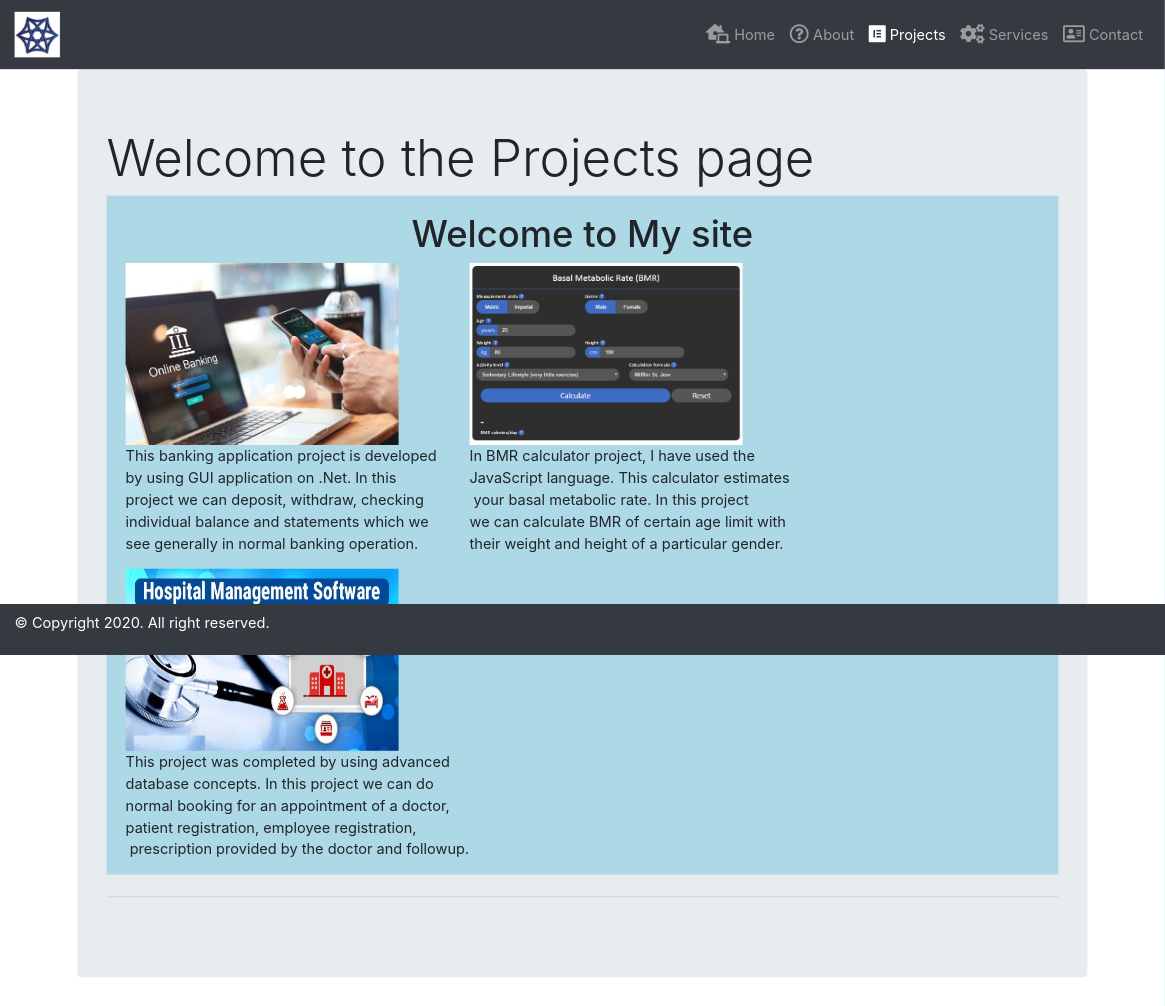
Repository: laxmangothe2020/COMP229Assignment
Page: http://localhost/projects
An editor plug-in stored every save of this project. The page is shown before and after the next save, followed by the edit.
The browser window is 1280 px wide. The pictures show the whole page, at 91% of full size.
The page is served by the project's Node server (server.js). Other server files are loaded and not shown.

Above is the page before, as saved 2021-02-11 23:56:55.

### views/index.ejs

<%- include partials/header.ejs %>

   <%- include partials/main_nav.ejs %>

      <!-- Main Contain -->
   <main class="container">
    <div class="jumbotron">
    <h1 class="display-4"> Welcome to the <%= title %> page </h1>
    <!--Using Switch case all infornation passed through here-->
      <% switch (title) {
        case 'Home' : %>
        <%- include partials/home.ejs %>
                <% break;

        case 'About' : %>
        <%- include partials/about.ejs %>
                <% break;

        case 'Projects' : %>
        <%- include partials/projects.ejs %>
                <% break;

        case 'Services' : %>
        <%- include partials/services.ejs %>
                <% break;

        case 'Contact' : %>
        <%- include partials/contact.ejs %>
              <% break;
       } %>
      <hr class="my-4">
    </div>
  </main>

   <%- include partials/bottom_nav.ejs %>


    <%- include partials/footer.ejs %>

### views/partials/header.ejs

<!DOCTYPE html>
<html lang="en">
  <head>
   <meta charset="UTF-8">
   <meta name="viewport" content="with=device-width, initial-scale=1.0">
    <title><%= title %></title>

  <!-- CSS Section-->
  <link rel="stylesheet" href="/bootstrap/dist/css/bootstrap.min.css">
  <link rel="stylesheet" href="/@fortawesome/fontawesome-free/css/all.min.css">
  <link rel='stylesheet' href='/Content/app.css'/>

</head>
<body>

### views/partials/main_nav.ejs
<!-- Main Navigation -->
   <nav class="navbar navbar-expand-lg navbar-dark bg-dark">
      <a class="navbar-brand" href="/"><img src="./Assets/images/hexagon.jpg" alt="Hexagon picture" width="50" height="50"></a>
      <button class="navbar-toggler" type="button" data-toggle="collapse" data-target="#navbarSupportedContent" aria-controls="navbarSupportedContent" aria-expanded="false" aria-label="Toggle navigation">
       <span class="navbar-toggler-icon"></span>
     </button>

     <div class="collapse navbar-collapse" id="navbarSupportedContent">
        <ul class="navbar-nav ml-auto">

          <% if (title == "Home") { %>
        <li class="nav-item active">
        <% } else { %>
        <li class="nav-item">
        <% } %>
          <a class="nav-link" href="/home"><i class="fas fa-lg fa-laptop-house"></i> Home </a>
        </li>

        <% if (title == "About") { %>
          <li class="nav-item active">
          <% } else { %>
          <li class="nav-item">
          <% } %>
        <a class="nav-link" href="/about"><i class="far fa-lg fa-question-circle"></i> About </a>
        </li>

        <% if (title == "Projects") { %>
          <li class="nav-item active">
          <% } else { %>
          <li class="nav-item">
          <% } %>
        <a class="nav-link" href="/projects"><i class="fab fa-lg fa-elementor"></i> Projects </a>
        </li>

        <% if (title == "Services") { %>
          <li class="nav-item active">
          <% } else { %>
          <li class="nav-item">
          <% } %>
        <a class="nav-link" href="/services"><i class="fas fa-lg fa-cogs"></i> Services </a>
        </li>

        <% if (title == "Contact") { %>
          <li class="nav-item active">
          <% } else { %>
          <li class="nav-item">
          <% } %>
        <a class="nav-link" href="/contact"><i class="far fa-lg fa-address-card"></i> Contact </a>

        </li>

      </div>
    </nav>

### views/partials/home.ejs
<body>
   <div style="background-color: lightblue;margin-bottom: 10px">
                    <h3 style="padding-left: 40px;padding-top:10px;color: #AA7439"><h1 style="text-align:center;">Welcome to My site</h1>
                    <div style="width: 100%;height:100%;background-color:lightblue;">
                        <img src="./Assets/images/homeimg.png" alt="3D Picture" width="450" style="float: right;margin-left: 20px;margin-right:20px;">
                       <p style="padding-left:15px; padding-right: 10px; color:#696969;margin:20px;text-align: justify;line-height:1.7;padding-bottom: 20px;">
                           Your new MyWebsite Now is here! Let's build and publish your website together. We developed this series of help articles to introduce you to the basic functions of web design with your MyWebsite Now.Our industry software experts have years of experience building business automation web solutions for a number of verticals. We use custom APIs and our mastery of web services to build web-based automation services for applications like inventory control, digital marketing and customer relationship management.
                           <br> <br><b> MISSION STATEMENT </b><br><br>
                            My mission is to have a successful careers in software engineering and graduate education with a thorough understanding of software engineering and experiential learning opportunities to apply that knowledge to solve real-world problems.
                             </p>
                    </div>
                    </div>
        <p>
         <h5 style="text-align:center;"><a href="/about"> About Page</a></h5>
        </p>
         <div >
                <div class="social" style="float:left;clear:none;float: right;">

                   <img src="./Assets/images/fbcolor.png">

                   <img src="./Assets/images/InstaColor.png">

                    <img src="./Assets/images/twitterColor.png">
                    <img src="./Assets/images/gPlusColor.png">
               </div>
            </div>

</body>

### views/partials/about.ejs

         <div id="contentEditable">


                    <div style="background-color: lightblue;">
                        <h3 style="padding-left: 40px;padding-top:20px;color: #AA7439"><h3 style="text-align:center;"> About Me </h3>
                        <div style="width: 100%;height:100%;background-color:lightblue;">
                            <img src="./Assets/images/laxman.jpeg" alt="Security for Life" width="300" style="float: right;margin-left: 30px;margin-right:30px">
                           <p style="padding-left:15px; padding-right: 10px; color:#696969;margin:20px;text-align: justify;line-height:1.7;padding-bottom: 20px;">
                             Hello, my name is Laxman Gothe. Currently, I am a student of Software Engineering Technology in the 3rd semester. I am from Nepal. I believe that learning never ends. I love hiking, rafting, and traveling to new places in my free time.
                             <br>
                             <br>
                             Regarding to my education, I had completed a bachlor's degree in Electronics and Communication Engineering fro Tribhuvan University, Nepal.
                             <br>
                             <br>
                             I had enrolled in Software Engineering Technology at Centennial College to a software developer and currently I am enrolled in 3rd semester. Software technology is my first subject that I am taking in Canada and I am enjoying it as it is my part of interest too.
                             <br>
                             <br>
                             Thank You
                             <br>
                             <br>
                             With Regards
                             <br>
                             <br>
                             Laxman Gothe
                             <br>
                             <br>
                             301102988

                           </p>
                       </div>


                    </div>
        </div>
<p>
<h5 style="text-align:center;"><a href="/public/PDF/resume.pdf"> Resume </a></h5>
</p>

### views/partials/projects.ejs
<body>
    <div id="holdingContainer">
 <div style="background-color: lightblue;margin-bottom: 15px">
     <h3 style="padding-left: 40px;padding-top:10px;color: #AA7439">
        <h1 style="text-align:center;">Welcome to My site</h1>
        <div style="width: 100%;height:100%;background-color:lightblue;"></div>
          <div id="contentEditable">
            <div class = "row">
             <div class="column">
               &nbsp;&nbsp;&nbsp;&nbsp;&nbsp;&nbsp;&nbsp;&nbsp;<img src="./Assets/images/banking.jpg" width="300" height="200">
              <p>&nbsp;&nbsp;&nbsp;&nbsp;&nbsp;&nbsp;&nbsp;&nbsp;This banking application project is developed<br>
                &nbsp;&nbsp;&nbsp;&nbsp;&nbsp;&nbsp;&nbsp;&nbsp;by using GUI application on .Net. In this  <br>
                &nbsp;&nbsp;&nbsp;&nbsp;&nbsp;&nbsp;&nbsp;&nbsp;project we can deposit, withdraw, checking<br>
                &nbsp;&nbsp;&nbsp;&nbsp;&nbsp;&nbsp;&nbsp;&nbsp;individual balance and statements which we <br>
                &nbsp;&nbsp;&nbsp;&nbsp;&nbsp;&nbsp;&nbsp;&nbsp;see generally in normal banking operation.</p>
            </div>


           <div class="column">
            &nbsp;&nbsp;&nbsp;&nbsp;&nbsp;&nbsp;&nbsp;&nbsp;<img src="./Assets/images/bmr.png" width="300" height="200" >
              <p> &nbsp;&nbsp;&nbsp;&nbsp;&nbsp;&nbsp;&nbsp;&nbsp;In BMR calculator project, I have used the<br>
                &nbsp;&nbsp;&nbsp;&nbsp;&nbsp;&nbsp;&nbsp;&nbsp;JavaScript language. This calculator estimates <br>
                &nbsp;&nbsp;&nbsp;&nbsp;&nbsp;&nbsp;&nbsp;&nbsp; your basal metabolic rate. In this project <br>
                &nbsp;&nbsp;&nbsp;&nbsp;&nbsp;&nbsp;&nbsp;&nbsp;we can calculate BMR of certain age limit with <br>
                &nbsp;&nbsp;&nbsp;&nbsp;&nbsp;&nbsp;&nbsp;&nbsp;their weight and height of a particular gender.</p>
           </div>



           <div class="column">
            &nbsp;&nbsp;&nbsp;&nbsp;&nbsp;&nbsp;&nbsp;&nbsp;<img src="./Assets/images/hospital.jpg" width="300" height="200" >
               <p> &nbsp;&nbsp;&nbsp;&nbsp;&nbsp;&nbsp;&nbsp;&nbsp;This project was completed by using advanced<br>
                   &nbsp;&nbsp;&nbsp;&nbsp;&nbsp;&nbsp;&nbsp;&nbsp;database concepts. In this project we can do <br>
                   &nbsp;&nbsp;&nbsp;&nbsp;&nbsp;&nbsp;&nbsp;&nbsp;normal booking for an appointment of a doctor,<br>
                   &nbsp;&nbsp;&nbsp;&nbsp;&nbsp;&nbsp;&nbsp;&nbsp;patient registration, employee registration,<br>
                   &nbsp;&nbsp;&nbsp;&nbsp;&nbsp;&nbsp;&nbsp;&nbsp; prescription provided by the doctor and followup.</p>
           </div>
        </div>

      </div>
  </div>
</div>
 </body>

### views/partials/services.ejs


<div class="row">
    <div class="column">
        <img src="./Assets/images/mobile.jpg" width="350" height="250" >
    </div>
    <div class="column">
        <img src="./Assets/images/game.jpg" width="350" height="250" >
    </div>
    <div class="column">
        <img src="./Assets/images/quality.jpg" width="350" height="250" >
    </div>
    <br><p><b>Services we provides are:</b></p><br>
    <br><ul style="list-style-image:url(images/bullet.png);">
    <li>Mobile Development  📱</li>
    <li>Game Development  🎮</li>
    <li>Quality Assurance  🎖️</li>
    <li>Website Design  🌐</li>
    <li>Technical Support  ♻️</li>
    </ul>
</div>

### views/partials/contact.ejs
<body>
 <div style="background-color: lightblue;margin-bottom: 10px">
  <h3 style="padding-left: 40px;padding-top:10px;color: #AA7439"><h1 style="text-align:center;">Welcome to My site</h1>
   <div style="width: 100%;height:100%;background-color:lightblue;">
      <div class="container">
       <h5 class="display-5">Please Fillup the following details</h5>
         <div id="errorMessage" class="alert alert-danger" role="alert" hidden>
       </div>

     <form id="conactForm">
      <div class="form-group">
        <label for="firstName">First Name</label>
        <input type="text" class="form-control" id="firstName" name="firstName" aria-describedby="firstName"
        placeholder="Enter First Name" required autofocus>
      </div>

      <div class="form-group">
        <label for="lastName">Last Name</label>
        <input type="text" class="form-control" id="lastName" name="lastName" aria-describedby="lastName"
        placeholder="Enter Last Name" required>
      </div>

      <div class="form-group">
        <label for="contactNumber">Contact Number</label>
        <input type="tel" class="form-control" id="contactNumber" name="contactNumber" aria-describedby="contactNumber"
        placeholder="Enter Contact Number" required>
      </div>

      <div class="form-group">
        <label for="emailAddress">Email address</label>
        <input type="email" class="form-control" id="emailAddress" name="emailAddress" aria-describedby="emailAddress"
        placeholder="Enter Email" required>
      </div>

      <div class="form-group">
        <label for="shortMessage">Your Message</label>
        <textarea class="form-control" id="shortMessage"  name="shortMessage" rows="3" aria-describedby="shortMessage" placeholder="--If you have Short message, please write here--" required></textarea></textarea>
      </div>

      <button type="button" class="btn btn-outline-success">Submit</button></a>
      <!--<button id="submitButton" type="submit" class="btn btn-primary btn-lg"><i class="fas fa-share-square"></i> Send</button> -->
      <button type="button" class="btn btn-outline-danger">Cancel</button>
     </form>
     </div>
    </div>
   </div>
   </body>

### views/partials/bottom_nav.ejs
<!-- Bottom Nav -->

    <footer>

       <nav class="navbar fixed-bottom navbar-dark bg-dark">
           <p style="color:white;">&copy; Copyright 2020. All right reserved.</p>
       </nav>

    </footer>

### views/partials/footer.ejs
<!-- Script Section-->
    <script src="/jquery/dist/jquery.min.js"></script>
    <script src="/bootstrap/dist/js/bootstrap.min.js"></script>
    <script src="/Scripts/app.js"></script>
 </body>
</html>

### server.js
#!/usr/bin/env node

/**
 * Module dependencies.
 */

let app = require('./app');
let debug = require('debug')('week4:server');
let http = require('http');

/**
 * Get port from environment and store in Express.
 */

let port = normalizePort(process.env.PORT || '3000');
app.set('port', port);

/**
 * Create HTTP server.
 */

let server = http.createServer(app);

/**
 * Listen on provided port, on all network interfaces.
 */

server.listen(port);
server.on('error', onError);
server.on('listening', onListening);

/**
 * Normalize a port into a number, string, or false.
 */

function normalizePort(val) {
  let port = parseInt(val, 10);

  if (isNaN(port)) {
    // named pipe
    return val;
  }

  if (port >= 0) {
    // port number
    return port;
  }

  return false;
}

/**
 * Event listener for HTTP server "error" event.
 */

function onError(error) {
  if (error.syscall !== 'listen') {
    throw error;
  }

  let bind = typeof port === 'string'
    ? 'Pipe ' + port
    : 'Port ' + port;

  // handle specific listen errors with friendly messages
  switch (error.code) {
    case 'EACCES':
      console.error(bind + ' requires elevated privileges');
      process.exit(1);
      break;
    case 'EADDRINUSE':
      console.error(bind + ' is already in use');
      process.exit(1);
      break;
    default:
      throw error;
  }
}

/**
 * Event listener for HTTP server "listening" event.
 */

function onListening() {
  let addr = server.address();
  let bind = typeof addr === 'string'
    ? 'pipe ' + addr
    : 'port ' + addr.port;
  debug('Listening on ' + bind);
}

### routes/index.js
var express = require('express');
var router = express.Router();

/* GET home page. */
router.get('/', function(req, res, next) {
  res.render('index', { title: 'Home'});
});

/* GET home page. */
router.get('/home', function(req, res, next) {
  res.render('index', { title: 'Home'});
});

/* GET About page. */
router.get('/about', function(req, res, next) {
  res.render('index', { title: 'About'});
});

/* GET Products page. */
router.get('/projects', function(req, res, next) {
  res.render('index', { title: 'Projects'});
});

/* GET Services page. */
router.get('/services', function(req, res, next) {
  res.render('index', { title: 'Services'});
});


/* GET Contact us page. */
router.get('/contact', function(req, res, next) {
  res.render('index', { title: 'Contact'});
});

module.exports = router;

### app.js
//installed third party packages
let createError = require('http-errors');
let express = require('express');
let path = require('path');
let cookieParser = require('cookie-parser');
let logger = require('morgan');

let indexRouter = require('./routes/index');
let usersRouter = require('./routes/users');

let app = express();

// view engine setup
app.set('views', path.join(__dirname, 'views'));
app.set('view engine', 'ejs');

app.use(logger('dev'));
app.use(express.json());
app.use(express.urlencoded({ extended: false }));
app.use(cookieParser());
app.use(express.static(path.join(__dirname, 'public')));
app.use(express.static(path.join(__dirname, 'node_modules')));

app.use('/', indexRouter);
app.use('/users', usersRouter);
app.use('/public/images', express.static('./public/images') ) ;
app.use('/public/PDF', express.static('./public/PDF'));
app.use('/views/partials', express.static('./views/partials'));


// catch 404 and forward to error handler
app.use(function(req, res, next) {
  next(createError(404));
});

// error handler
app.use(function(err, req, res, next) {
  // set locals, only providing error in development
  res.locals.message = err.message;
  res.locals.error = req.app.get('env') === 'development' ? err : {};

  // render the error page
  res.status(err.status || 500);
  res.render('error');
  res.render('error', {title: 'Error'});
});

module.exports = app;

### public/Content/app.css
/* Custom CSS goes here */

### public/Scripts/app.js
// IIFE
(function(){
    function start()
    {
        console.log("App started...")
    }
    window.addEventListener("load", start);

})();

After the next save:
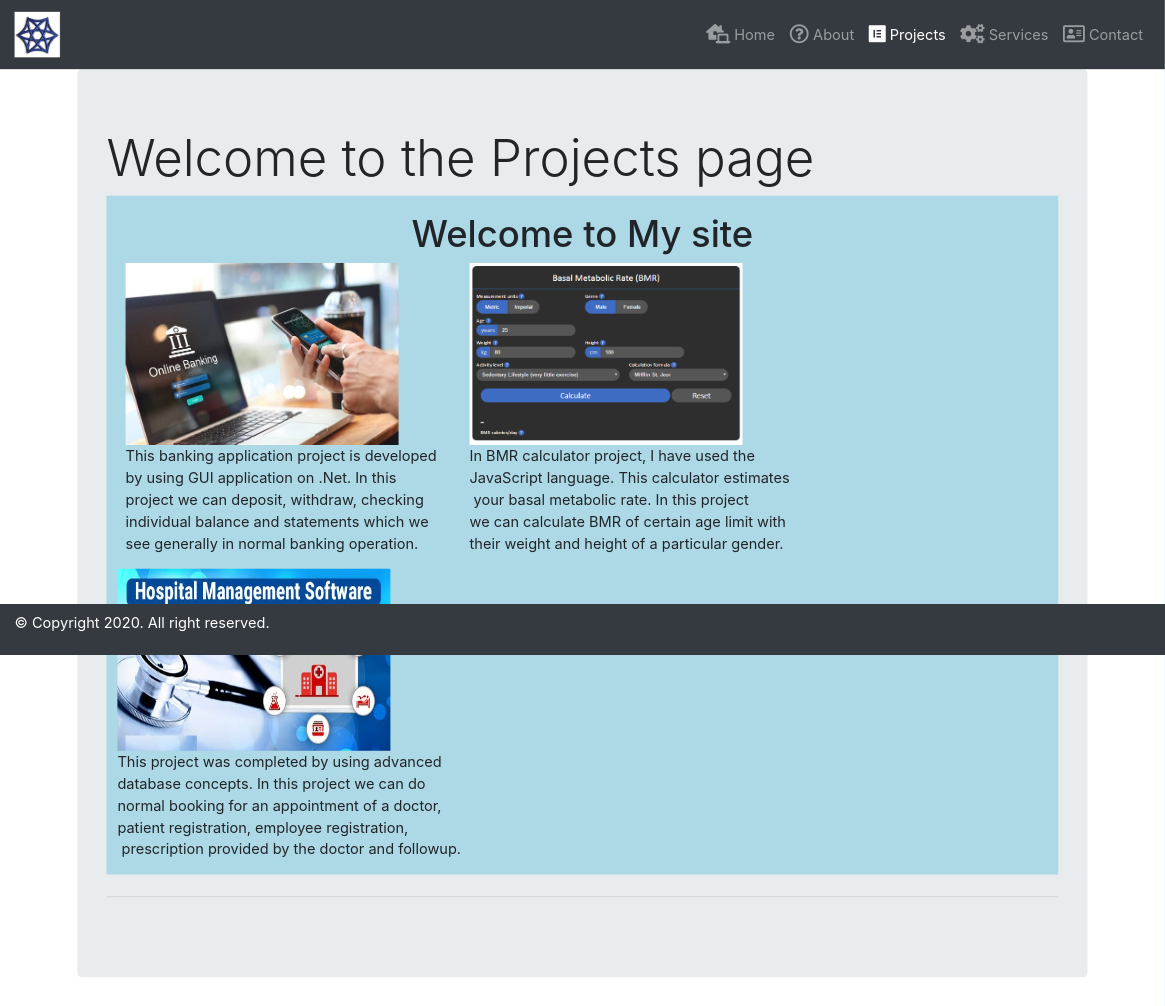
Saved 48 s later.
--- a/views/partials/projects.ejs
+++ b/views/partials/projects.ejs
@@ -28,12 +28,12 @@
 
 
            <div class="column">
-            &nbsp;&nbsp;&nbsp;&nbsp;&nbsp;&nbsp;&nbsp;&nbsp;<img src="./Assets/images/hospital.jpg" width="300" height="200" >
-               <p> &nbsp;&nbsp;&nbsp;&nbsp;&nbsp;&nbsp;&nbsp;&nbsp;This project was completed by using advanced<br>
-                   &nbsp;&nbsp;&nbsp;&nbsp;&nbsp;&nbsp;&nbsp;&nbsp;database concepts. In this project we can do <br>
-                   &nbsp;&nbsp;&nbsp;&nbsp;&nbsp;&nbsp;&nbsp;&nbsp;normal booking for an appointment of a doctor,<br>
-                   &nbsp;&nbsp;&nbsp;&nbsp;&nbsp;&nbsp;&nbsp;&nbsp;patient registration, employee registration,<br>
-                   &nbsp;&nbsp;&nbsp;&nbsp;&nbsp;&nbsp;&nbsp;&nbsp; prescription provided by the doctor and followup.</p>
+            &nbsp;&nbsp;&nbsp;&nbsp;&nbsp;&nbsp;<img src="./Assets/images/hospital.jpg" width="300" height="200" >
+               <p> &nbsp;&nbsp;&nbsp;&nbsp;&nbsp;&nbsp;This project was completed by using advanced<br>
+                   &nbsp;&nbsp;&nbsp;&nbsp;&nbsp;&nbsp;database concepts. In this project we can do <br>
+                   &nbsp;&nbsp;&nbsp;&nbsp;&nbsp;&nbsp;normal booking for an appointment of a doctor,<br>
+                   &nbsp;&nbsp;&nbsp;&nbsp;&nbsp;&nbsp;patient registration, employee registration,<br>
+                   &nbsp;&nbsp;&nbsp;&nbsp;&nbsp;&nbsp; prescription provided by the doctor and followup.</p>
            </div>
         </div>
 
